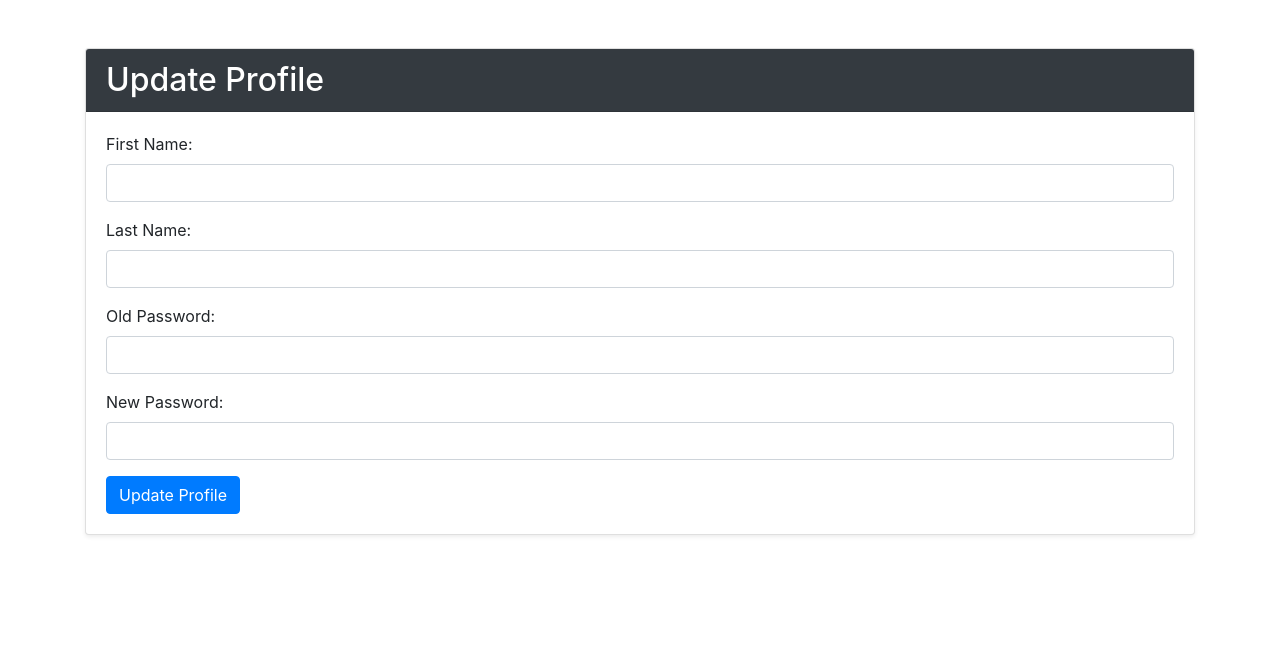
Repository: prathamsuhasia/swabhav-mini-project
Page: http://localhost/01-mini-project/UpdateProfile.jsp
An editor plug-in stored every save of this project. The page is shown before and after the next save, followed by the edit.
The browser window is 1280 px wide. The pictures show the whole page.
Some web libraries are served in a nearby version. The page is served by Tomcat 9. The session is filled in as if someone had signed in: {"username": "testuser", "admin": "admin", "customer": "customer", "customerID": 1, "firstName": "Test User", "lastName": "Test User", "createdAt": 1, "accountNumbers": 1}. Other server files are loaded and not shown.

Above is the page before, as saved 2024-08-16 04:25:10.

### 01-mini-project/WebContent/UpdateProfile.jsp
<%@ page language="java" contentType="text/html; charset=ISO-8859-1"
    pageEncoding="ISO-8859-1"%>
<!DOCTYPE html PUBLIC "-//W3C//DTD HTML 4.01 Transitional//EN" "http://www.w3.org/TR/html4/loose.dtd">
<html>
<head>
    <meta http-equiv="Content-Type" content="text/html; charset=ISO-8859-1">
    <title>Update Profile</title>
    <link rel="stylesheet" href="https://stackpath.bootstrapcdn.com/bootstrap/4.5.2/css/bootstrap.min.css">
</head>
<body>
    <div class="container mt-5">
        <div class="card shadow-sm">
            <div class="card-header bg-dark text-white">
                <h2 class="mb-0">Update Profile</h2>
            </div>
            <div class="card-body">
                <form action="CustomerController" method="post">
                    <div class="form-group">
                        <label for="firstName">First Name:</label>
                        <input type="text" id="firstName" name="firstName" class="form-control" value="${user.firstName}" required>
                    </div>
                    <div class="form-group">
                        <label for="lastName">Last Name:</label>
                        <input type="text" id="lastName" name="lastName" class="form-control" value="${user.lastName}" required>
                    </div>
                    <div class="form-group">
                        <label for="oldPassword">Old Password:</label>
                        <input type="password" id="oldPassword" name="oldPassword" class="form-control" required>
                    </div>
                    <div class="form-group">
                        <label for="newPassword">New Password:</label>
                        <input type="password" id="newPassword" name="newPassword" class="form-control" required>
                    </div>
                    <button type="submit" name="action" value="UpdateProfile" class="btn btn-primary">Update Profile</button>
                </form>
            </div>
        </div>
    </div>

    <!-- Bootstrap JavaScript and dependencies -->
    <script src="https://code.jquery.com/jquery-3.5.1.slim.min.js"></script>
    <script src="https://cdn.jsdelivr.net/npm/@popperjs/core@2.5.3/dist/umd/popper.min.js"></script>
    <script src="https://stackpath.bootstrapcdn.com/bootstrap/4.5.2/js/bootstrap.min.js"></script>
</body>
</html>

### 01-mini-project/WebContent/CustomerNavbar.jsp
<%@ taglib uri="http://java.sun.com/jsp/jstl/core" prefix="c" %>
<%@ page language="java" contentType="text/html; charset=ISO-8859-1"%>

    <%
	response.setHeader("Cache-Control", "no-cache, no-store, must-revalidate");
	response.setHeader("Pragma", "no-cache");
	response.setDateHeader("Expires", 0);
	HttpSession sessions = request.getSession(false);
	if (session == null || !"customer".equals(session.getAttribute("customer"))) {
		// No session or user not logged in, redirect to the login page
		response.sendRedirect("Index.jsp");
		return;
	}
%>
    <nav class="navbar navbar-expand-lg">
        <a class="navbar-brand" href="Admin.jsp" style="color: white;">Customer Dashboard</a>
        <div class="collapse navbar-collapse justify-content-end">
            <ul class="navbar-nav">
                <li class="nav-item">
                    <form action="CustomerController" method="get" class="nav-item">
                        <button type="submit" name="action" value="Passbook" class="btn btn-link">Passbook</button>
                    </form>
                </li>
                <li class="nav-item">
                    <form action="CustomerController" method="get" class="nav-item">
                        <button type="submit" name="action" value="NewTransaction" class="btn btn-link">New Transaction</button>
                    </form>
                </li>
                <li class="nav-item">
                    <form action="CustomerController" method="get" class="nav-item">
                        <button type="submit" name="action" value="Update Profile" class="btn btn-link">Update Profile</button>
                    </form>
                </li>

                <li class="nav-item">
                    <form action="LogoutServlet">
                        <button type="submit" class="btn btn-danger" style="margin-right:12px;">Logout</button>
                    </form>
                </li>
            </ul>
        </div>
    </nav>

After the next save:
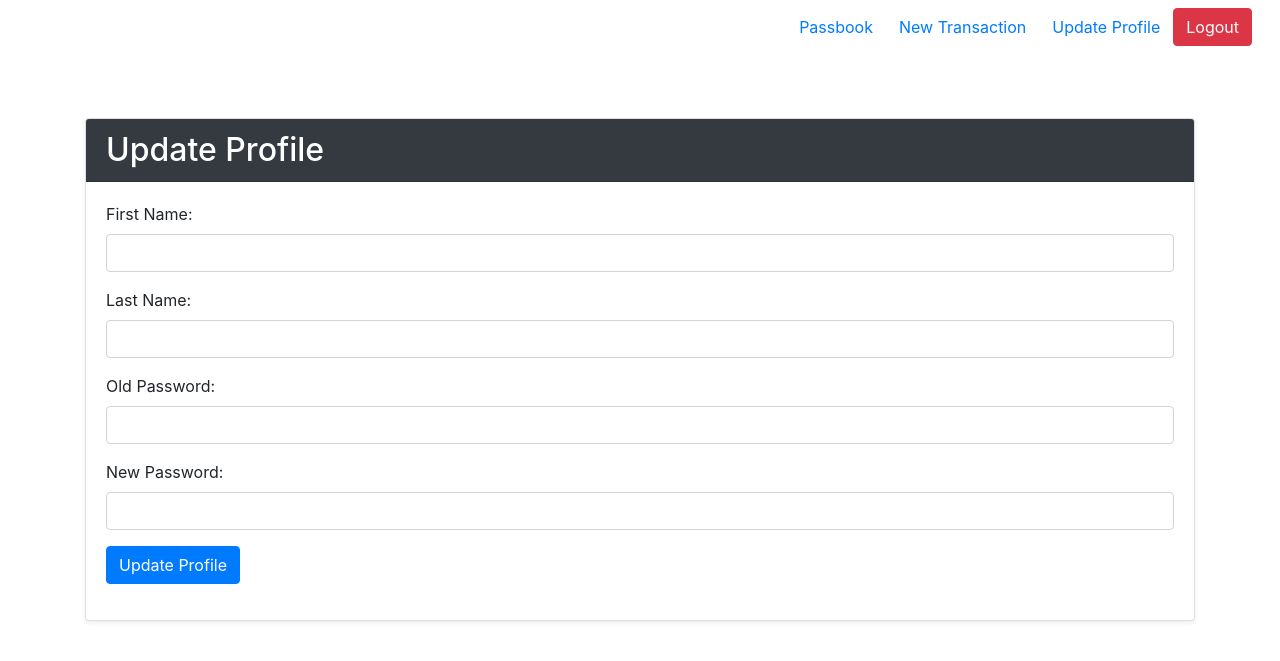
Saved 33 s later.
--- a/01-mini-project/WebContent/UpdateProfile.jsp
+++ b/01-mini-project/WebContent/UpdateProfile.jsp
@@ -1,5 +1,6 @@
 <%@ page language="java" contentType="text/html; charset=ISO-8859-1"
     pageEncoding="ISO-8859-1"%>
+    <%@ include file="CustomerNavbar.jsp"%>
 <!DOCTYPE html PUBLIC "-//W3C//DTD HTML 4.01 Transitional//EN" "http://www.w3.org/TR/html4/loose.dtd">
 <html>
 <head>
